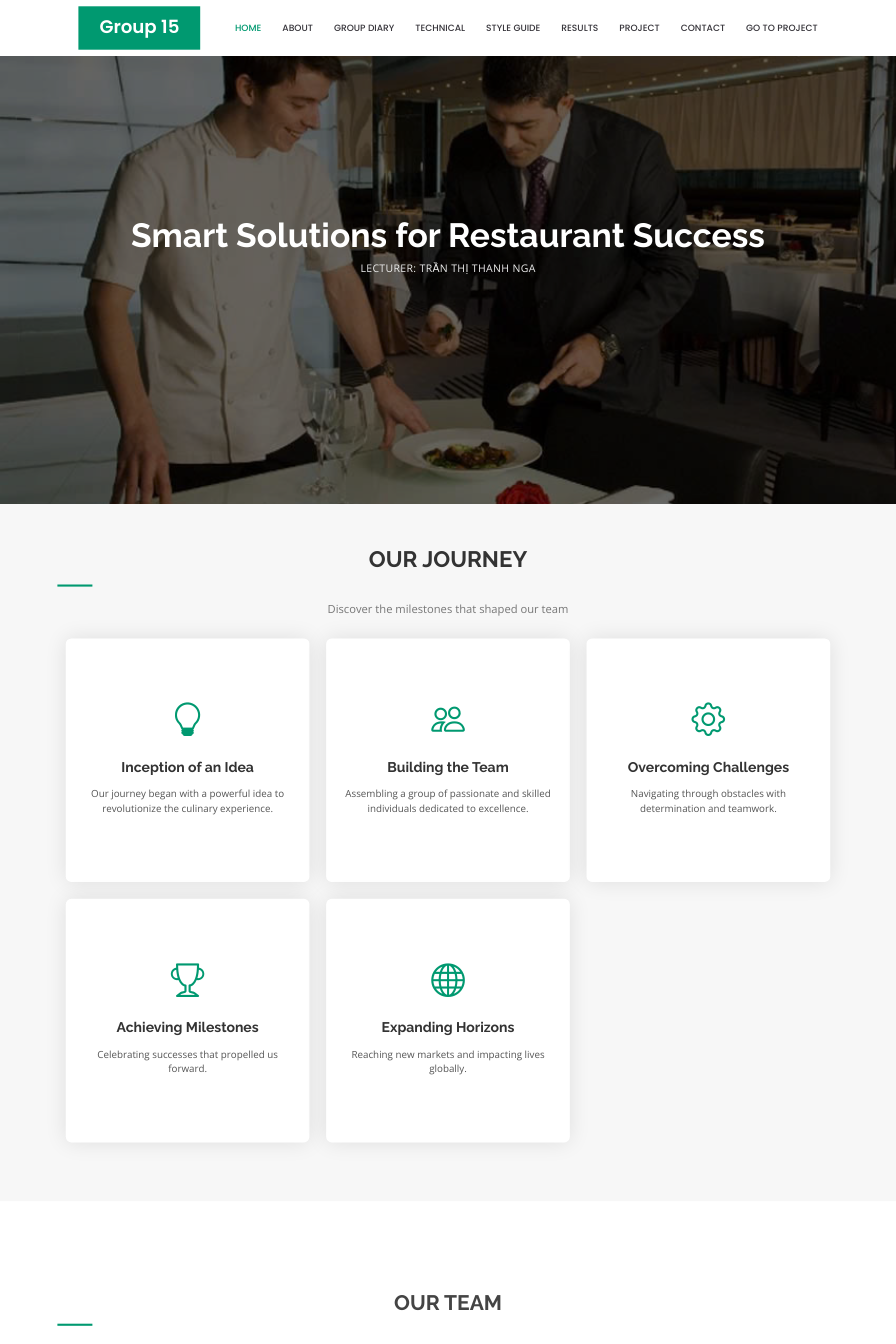
Repository: HoangKhangKhuPho4/Group_Web
Page: index.html
These files come from the project's save history. The page is drawn as it stood at one moment and after the next save; the edit follows.
The browser window is 1280 px wide. The pictures show the part of the page from y = 0 to 1920 px (the page is 2787 px tall), at 70% of full size.
Backgrounds fixed to the window are drawn as part of the page.

Above is the page before, as saved 2024-12-06 15:31:05.

After the next save:
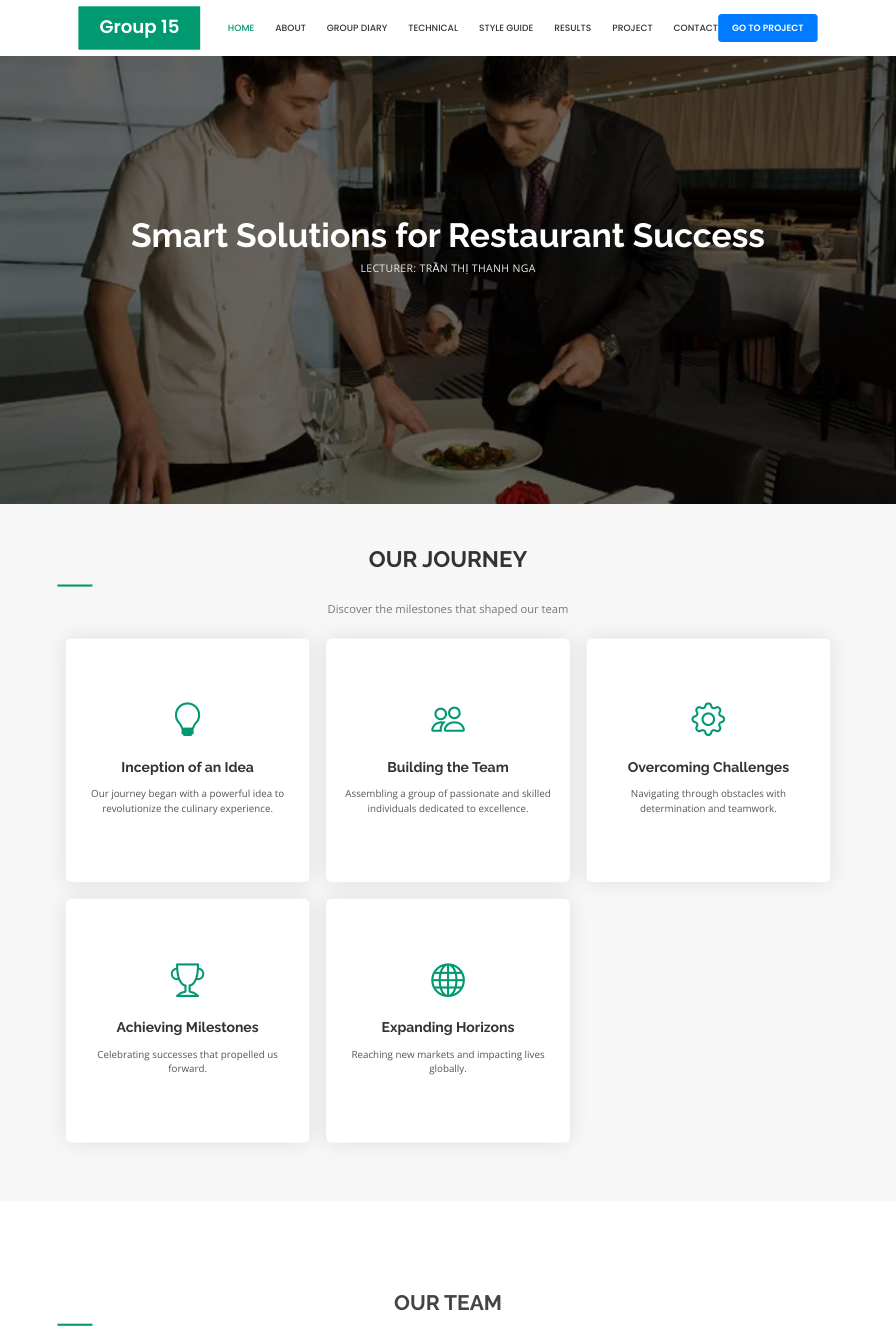
Saved 75 s later.
--- a/index.html
+++ b/index.html
@@ -84,7 +84,7 @@
             </ul>
             <!-- Bọc nút trong div với lớp cta-container -->
             <div class="cta-container">
-              <a href="https://hoangkhangkhupho4.github.io/Project_Web/" target="_blank" class="btn-get-started scrollto">
+              <a href="https://hoangkhangkhupho4.github.io/Project_Web/" target="_blank" class="btn-get-started scrollto" style="background-color: #007bff; color: white; border: none; padding: 10px 20px; border-radius: 5px; font-weight: bold;">
                 Go To Project
               </a>
             </div>
